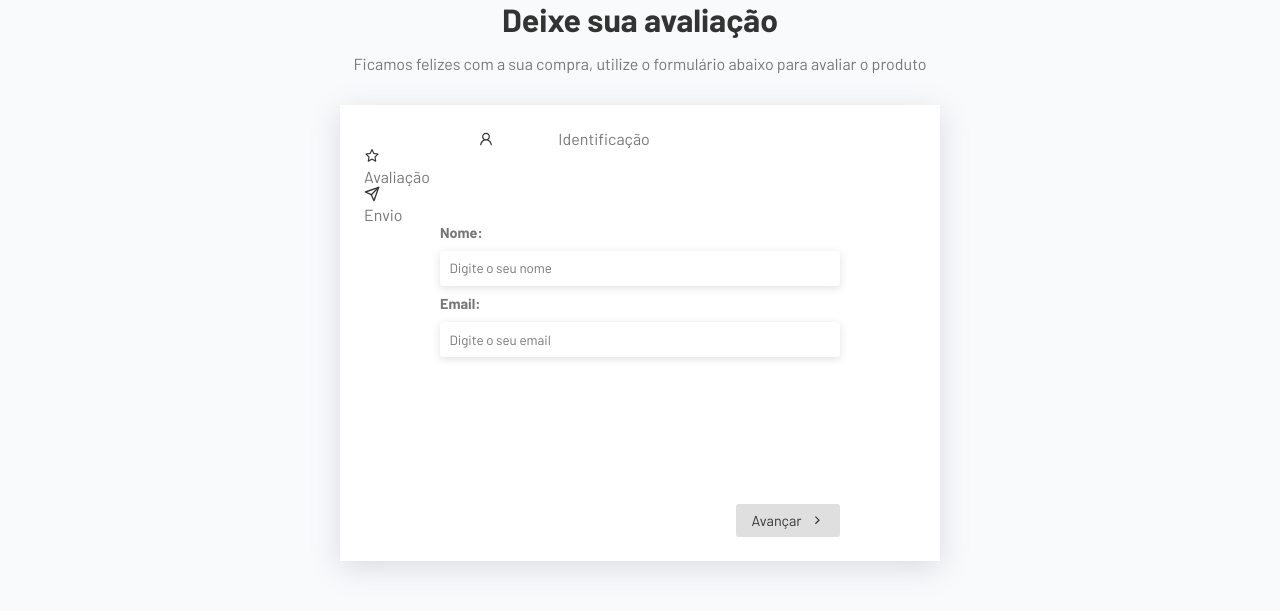
Repository: Bitroia/multistep_form_react
Page: / (app in multistep_form_react/)
An editor plug-in stored every save of this project. The page is shown before and after a run of saves, followed by the edit.
The browser window is 1280 px wide. The pictures show the whole page.
The project was rebuilt for these pictures with package versions that can differ from the ones it lists, and the page was loaded fresh each time. Also part of the build but not shown: multistep_form_react/vite.config.js, multistep_form_react/src/components/ReviewForm.jsx, multistep_form_react/src/components/Thanks.jsx.

Above is the page before, as saved 2026-06-12 14:28:04.

After the next 6 saves:
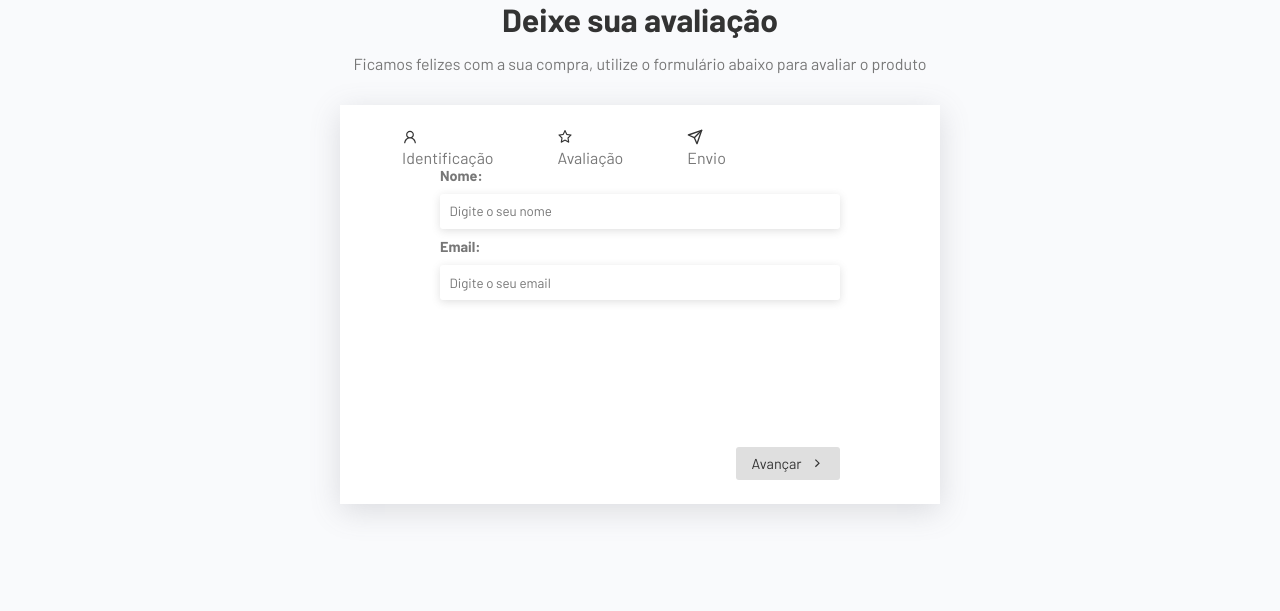
The 6 saves are shown as one change because they came seconds apart.
The last was saved 26 s later.
--- a/multistep_form_react/src/components/Steps.css
+++ b/multistep_form_react/src/components/Steps.css
@@ -1,4 +1,4 @@
-.active{
+.steps{
     display: flex;
     gap: 4rem;
     justify-content: center;
